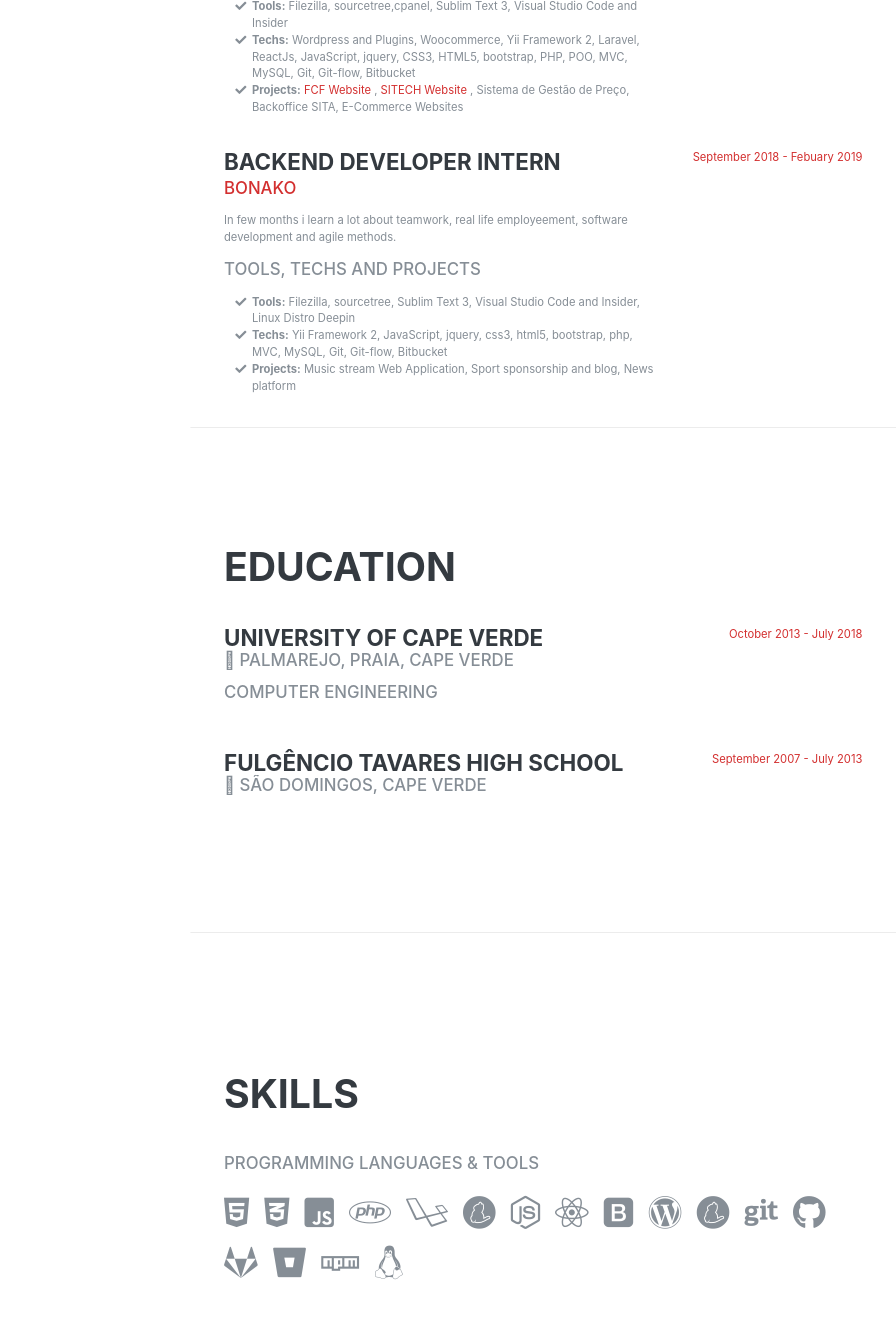
Repository: kcfurtado/kcfurtado.github.io
Page: index.html
An editor plug-in stored every save of this project. The page is shown before and after the next save, followed by the edit.
The browser window is 1280 px wide. The pictures show the part of the page from y = 1069 to 2989 px (the page is 3843 px tall), at 70% of full size.
Some web fonts or font styles are not loaded; a fallback is used.

Above is the page before, as saved 2020-05-04 10:40:30.

### index.html
<!DOCTYPE html>
<html lang="en">

<head>
  <!-- Global site tag (gtag.js) - Google Analytics -->
  <script async src="https://www.googletagmanager.com/gtag/js?id=UA-163968646-1"></script>
  <script>
    window.dataLayer = window.dataLayer || [];
    function gtag(){dataLayer.push(arguments);}
    gtag('js', new Date());

    gtag('config', 'UA-163968646-1');
  </script>


  <!-- tracking code -->
  <script>var clicky_site_ids = clicky_site_ids || []; clicky_site_ids.push(101248704);</script>
  <script async src="//static.getclicky.com/js"></script>

  <meta charset="utf-8">
  <meta name="viewport" content="width=device-width, initial-scale=1, shrink-to-fit=no">
  <meta name="description" content="">
  <meta name="author" content="">

  <title>Kelton Furtado - Portfolio</title>

  <!-- Bootstrap core CSS -->
  <link href="vendor/bootstrap/css/bootstrap.min.css" rel="stylesheet">

  <!-- Custom fonts for this template -->
  <link href="https://fonts.googleapis.com/css?family=Saira+Extra+Condensed:500,700" rel="stylesheet">
  <link href="https://fonts.googleapis.com/css?family=Muli:400,400i,800,800i" rel="stylesheet">
  <link href="vendor/fontawesome-free/css/all.min.css" rel="stylesheet">
  <link rel="icon" type="image/png" href="img/profile.png">

  <!-- Custom styles for this template -->
  <link href="css/resume.min.css" rel="stylesheet">



</head>

<body id="page-top">

  <nav class="navbar navbar-expand-lg navbar-dark bg-primary fixed-top" id="sideNav">
    <a class="navbar-brand js-scroll-trigger" href="#page-top">
      <span class="d-block d-lg-none">Kelton Furtado</span>
      <span class="d-none d-lg-block">
        <img class="img-fluid img-profile rounded-circle mx-auto mb-2" src="img/profile.png" alt="">
      </span>
    </a>
    <button class="navbar-toggler" type="button" data-toggle="collapse" data-target="#navbarSupportedContent" aria-controls="navbarSupportedContent" aria-expanded="false" aria-label="Toggle navigation">
      <span class="navbar-toggler-icon"></span>
    </button>
    <div class="collapse navbar-collapse" id="navbarSupportedContent">
      <ul class="navbar-nav">
        <li class="nav-item">
          <a class="nav-link js-scroll-trigger" href="#about">About</a>
        </li>
        <li class="nav-item">
          <a class="nav-link js-scroll-trigger" href="#experience">Experience</a>
        </li>
        <li class="nav-item">
          <a class="nav-link js-scroll-trigger" href="#education">Education</a>
        </li>
        <li class="nav-item">
          <a class="nav-link js-scroll-trigger" href="#skills">Skills</a>
        </li>
        <li class="nav-item">
          <a class="nav-link js-scroll-trigger" href="#interests">Interests</a>
        </li>
        <!-- <li class="nav-item">
          <a class="nav-link js-scroll-trigger" href="#awards">Awards</a>
        </li> -->
      </ul>
    </div>
  </nav>

  <div class="container-fluid p-0">

    <section class="resume-section p-3 p-lg-5 d-flex align-items-center" id="about">
      <div class="w-100">
        <h1 class="mb-0">Kelton
          <span class="text-primary">Furtado</span>
        </h1>
        <ul class="mt-5 mb-5 fa-ul">
          <li>
            <i class="fa-li fa fa-map-marker"></i> Praia · Santiago · Cape Verde
          </li>
          <li>
            <i class="fa-li fa fa-phone"></i> (+238) 599 52 45
          </li>
          <li>
            <i class="fa-li fa fa-envelope"></i>
            <a target="_blank" href="mailto:keltonfurtado95@gmail.com"> keltonfurtado95@gmail.com</a>
          </li>
        </ul>
        <p class="lead mb-5">Im a Cape Verdean programmer and computer , computer networks, computer security, linux and astronomy enthusiast. I am open to new experiences and challenges to improve as a professional and as a human being.</p>
        <div class="social-icons">
          <a target="_blank" href="https://linkedin.com/in/kelton-furtado">
            <i class="fab fa-linkedin-in"></i>
          </a>
          <a target="_blank" href="https://github.com/kcfurtado/">
            <i class="fab fa-github"></i>
          </a>
          <!--<a href="#">
            <i class="fab fa-twitter"></i>
          </a>-->
          <a target="_blank" href="https://www.facebook.com/kcafurtado">
            <i class="fab fa-facebook-f"></i>
          </a>
        </div>
      </div>
    </section>

    <hr class="m-0">

    <section class="resume-section p-3 p-lg-5 d-flex justify-content-center" id="experience">
      <div class="w-100">
        <h2 class="mb-5">Experience</h2>

        <div class="resume-item d-flex flex-column flex-md-row justify-content-between mb-5">
          <div class="resume-content">
            <h3 class="mb-0">Junior Fullstack Developer &amp; Analyst</h3>
            <div class="subheading mb-3"><a target="_blank" href="https://sitech.cv"> SITECH, S.A </a></div>
            <p></p>
            <div class="subheading mb-3">Tools, Techs and projects</div>
            <ul class="fa-ul mb-0">
              <li>
                <i class="fa-li fa fa-check"></i>
                <b>Tools:</b> Filezilla, sourcetree,cpanel, Sublim Text 3, Visual Studio Code and Insider
              </li>
              <li>
                <i class="fa-li fa fa-check"></i>
                <b>Techs:</b> Wordpress and Plugins, Woocommerce, Yii Framework 2, Laravel, ReactJs,  JavaScript, jquery, CSS3, HTML5, bootstrap, PHP, POO, MVC, MySQL, Git, Git-flow, Bitbucket
              </li>
              <li>
                <i class="fa-li fa fa-check"></i>
                <b>Projects:</b> <a target="_blank" href="https://fcf.cv">FCF Website</a> , <a target="_blank" href="https://sitech.cv">SITECH Website</a> , Sistema de Gestão de Preço, Backoffice SITA, E-Commerce Websites
              </li>
            </ul>
          </div>
          <div class="resume-date text-md-right">
            <span class="text-primary">Febuary 2019 - Present</span>
          </div>
        </div>

        <div class="resume-item d-flex flex-column flex-md-row justify-content-between">
          <div class="resume-content">
            <h3 class="mb-0">Backend Developer Intern</h3>
            <div class="subheading mb-3"><a target="_blank" href="https://bonako.com"> Bonako </a></div>
            <p> In few months i learn a lot about teamwork, real life employeement, software development and agile methods.</p>
            <div class="subheading mb-3">Tools, Techs and projects</div>
            <ul class="fa-ul mb-0">
              <li>
                <i class="fa-li fa fa-check"></i>
                <b>Tools:</b> Filezilla, sourcetree, Sublim Text 3, Visual Studio Code and Insider, Linux Distro Deepin
              </li>
              <li>
                <i class="fa-li fa fa-check"></i>
                <b>Techs:</b> Yii Framework 2, JavaScript, jquery, css3, html5, bootstrap, php, MVC, MySQL, Git, Git-flow, Bitbucket
              </li>
              <li>
                <i class="fa-li fa fa-check"></i>
                <b>Projects:</b> Music stream Web Application, Sport sponsorship and blog, News platform
              </li>
            </ul>
          </div>
          <div class="resume-date text-md-right">
            <span class="text-primary">September 2018 - Febuary 2019</span>
          </div>
        </div>

      </div>

    </section>

    <hr class="m-0">

    <section class="resume-section p-3 p-lg-5 d-flex align-items-center" id="education">
      <div class="w-100">
        <h2 class="mb-5">Education</h2>

        <div class="resume-item d-flex flex-column flex-md-row justify-content-between mb-5">
          <div class="resume-content">
            <h3 class="mb-0">University of Cape Verde</h3>
            <div class="subheading mb-3 fab fa-map-marker"> Palmarejo, Praia, Cape Verde</div>
            <div class="subheading mb-3">Computer Engineering</div>
            <div></div>
            <p></p>
          </div>
          <div class="resume-date text-md-right">
            <span class="text-primary">October 2013 - July 2018 </span>
          </div>
        </div>

        <div class="resume-item d-flex flex-column flex-md-row justify-content-between">
          <div class="resume-content">
            <h3 class="mb-0">Fulgêncio Tavares High School</h3>
            <div class="subheading mb-3 fab fa-map-marker"> São Domingos, Cape Verde</div>
            <p></p>
          </div>
          <div class="resume-date text-md-right">
            <span class="text-primary">September 2007 - July 2013</span>
          </div>
        </div>

      </div>
    </section>

    <hr class="m-0">

    <section class="resume-section p-3 p-lg-5 d-flex align-items-center" id="skills">
      <div class="w-100">
        <h2 class="mb-5">Skills</h2>

        <div class="subheading mb-3">Programming Languages &amp; Tools</div>
        <ul class="list-inline dev-icons">
          <li class="list-inline-item">
            <i class="fab fa-html5"></i>
          </li>
          <li class="list-inline-item">
            <i class="fab fa-css3-alt"></i>
          </li>
          <li class="list-inline-item">
            <i class="fab fa-js-square"></i>
          </li>
          <li class="list-inline-item">
            <i class="fab fa-php"></i>
          </li>
          <li class="list-inline-item">
            <i class="fab fa-laravel"></i>
          </li>
          <li class="list-inline-item">
            <i class="fab fa-yarn"></i>
          </li>
          <li class="list-inline-item">
            <i class="fab fa-node-js"></i>
          </li>
          <li class="list-inline-item">
            <i class="fab fa-react"></i>
          </li>
          <li class="list-inline-item">
            <i class="fab fa-bootstrap"></i>
          </li>
          <li class="list-inline-item">
            <i class="fab fa-wordpress"></i>
          </li>
          <li class="list-inline-item">
            <i class="fab fa-yarn"></i>
          </li>
          <li class="list-inline-item">
            <i class="fab fa-git"></i>
          </li>
          <li class="list-inline-item">
            <i class="fab fa-github"></i>
          </li>
          <li class="list-inline-item">
            <i class="fab fa-gitlab"></i>
          </li>
          <li class="list-inline-item">
            <i class="fab fa-bitbucket"></i>
          </li>
          <li class="list-inline-item">
            <i class="fab fa-npm"></i>
          </li>
          <li class="list-inline-item">
            <i class="fab fa-linux"></i>
          </li>
        </ul>

        <!--<div class="subheading mb-3">Workflow</div>
        <ul class="fa-ul mb-0">
          <li>
            <i class="fa-li fa fa-check"></i>
            Web-First, Responsive Design</li>
          <li>
            <i class="fa-li fa fa-check"></i>
            Cross Browser Testing &amp; Debugging</li>
          <li>
            <i class="fa-li fa fa-check"></i>
            Cross Functional Teams</li>
          <!--<li>
            <i class="fa-li fa fa-check"></i>
            Agile Development &amp; Scrum</li>-->
        </ul>
      </div>
    </section>

    <hr class="m-0">

    <section class="resume-section p-3 p-lg-5 d-flex align-items-center" id="interests">
      <div class="w-100">
        <div class="subheading mb-3">Interests</div>
        <ul class="fa-ul mb-0">
          <li>
            <i class="fa-li fa fa-check"></i> Computer network
          </li>
          <li>
            <i class="fa-li fa fa-check"></i> Computer security
          </li>
          <li>
            <i class="fa-li fa fa-check"></i> Linux distros ( Ubuntu, Fedora, Elementary, Deepin, Kali )
          </li>
          <li>
            <i class="fa-li fa fa-check"></i> JavaScript ( ES5, ES6, ES7 )
          </li>
          <li>
            <i class="fa-li fa fa-check"></i> NodeJS
          </li>
          <li>
            <i class="fa-li fa fa-check"></i> Web Services (API REST and RESTFull)
          </li>
          <li>
            <i class="fa-li fa fa-check"></i> ReactJS and React Native
          </li>
          <li>
            <i class="fa-li fa fa-check"></i> PHP
          </li>
          <li>
            <i class="fa-li fa fa-check"></i> PHP Frameworks ( Yii2, Laravel)
          </li>
          <li>
            <i class="fa-li fa fa-check"></i> Open Source Softwares
          </li>
          <li>
            <i class="fa-li fa fa-check"></i> Git, Git-flow, Github, Gitlab, Bitbucket
          </li>
          <li>
            <i class="fa-li fa fa-check"></i> Astronomy (Planets, Stars, Black hole, dark matters )
          </li>
          <li>
            <i class="fa-li fa fa-check"></i> Sports (Football, Handball, Basketball)
          </li>
        </ul>

      </div>
    </section>

    <hr class="m-0">

    <!--<section class="resume-section p-3 p-lg-5 d-flex align-items-center" id="awards">
      <div class="w-100">
        <h2 class="mb-5">Awards &amp; Certifications</h2>
        <ul class="fa-ul mb-0">
          <li>
            <i class="fa-li fa fa-trophy text-warning"></i>
            Google Analytics Certified Developer</li>
          <li>
            <i class="fa-li fa fa-trophy text-warning"></i>
            Mobile Web Specialist - Google Certification</li>
          <li>
            <i class="fa-li fa fa-trophy text-warning"></i>
            1<sup>st</sup>
            Place - University of Colorado Boulder - Emerging Tech Competition 2009</li>
          <li>
            <i class="fa-li fa fa-trophy text-warning"></i>
            1<sup>st</sup>
            Place - University of Colorado Boulder - Adobe Creative Jam 2008 (UI Design Category)</li>
          <li>
            <i class="fa-li fa fa-trophy text-warning"></i>
            2<sup>nd</sup>
            Place - University of Colorado Boulder - Emerging Tech Competition 2008</li>
          <li>
            <i class="fa-li fa fa-trophy text-warning"></i>
            1<sup>st</sup>
            Place - James Buchanan High School - Hackathon 2006</li>
          <li>
            <i class="fa-li fa fa-trophy text-warning"></i>
            3<sup>rd</sup>
            Place - James Buchanan High School - Hackathon 2005</li>
        </ul>
      </div>
    </section>
  -->

  </div>

  <!-- Bootstrap core JavaScript -->
  <script src="vendor/jquery/jquery.min.js"></script>
  <script src="vendor/bootstrap/js/bootstrap.bundle.min.js"></script>

  <!-- Plugin JavaScript -->
  <script src="vendor/jquery-easing/jquery.easing.min.js"></script>

  <!-- Custom scripts for this template -->
  <script src="js/resume.min.js"></script>

</body>

</html>

### css/resume.min.css
/*!
 * Start Bootstrap - Resume v5.0.8 (https://startbootstrap.com/template-overviews/resume)
 * Copyright 2013-2019 Start Bootstrap
 * Licensed under MIT (https://github.com/BlackrockDigital/startbootstrap-resume/blob/master/LICENSE)
 */body{font-family:Muli,-apple-system,BlinkMacSystemFont,'Segoe UI',Roboto,'Helvetica Neue',Arial,sans-serif,'Apple Color Emoji','Segoe UI Emoji','Segoe UI Symbol','Noto Color Emoji';padding-top:54px;color:#868e96}@media (min-width:992px){body{padding-top:0;padding-left:17rem}}h1,h2,h3,h4,h5,h6{font-family:'Saira Extra Condensed',-apple-system,BlinkMacSystemFont,'Segoe UI',Roboto,'Helvetica Neue',Arial,sans-serif,'Apple Color Emoji','Segoe UI Emoji','Segoe UI Symbol','Noto Color Emoji';font-weight:700;text-transform:uppercase;color:#343a40}h1{font-size:6rem;line-height:5.5rem}h2{font-size:3.5rem}h3{font-size:2rem}p.lead{font-size:1.15rem;font-weight:400}.subheading{text-transform:uppercase;font-weight:500;font-family:'Saira Extra Condensed',-apple-system,BlinkMacSystemFont,'Segoe UI',Roboto,'Helvetica Neue',Arial,sans-serif,'Apple Color Emoji','Segoe UI Emoji','Segoe UI Symbol','Noto Color Emoji';font-size:1.5rem}.social-icons a{display:inline-block;height:3.5rem;width:3.5rem;background-color:#495057;color:#fff!important;border-radius:100%;text-align:center;font-size:1.5rem;line-height:3.5rem;margin-right:1rem}.social-icons a:last-child{margin-right:0}.social-icons a:hover{background-color:#d32f2f}.dev-icons{font-size:3rem}.dev-icons .list-inline-item i:hover{color:#d32f2f}#sideNav .navbar-nav .nav-item .nav-link{font-weight:800;letter-spacing:.05rem;text-transform:uppercase}#sideNav .navbar-toggler:focus{outline-color:#9a0007}@media (min-width:992px){#sideNav{text-align:center;position:fixed;top:0;left:0;display:flex;flex-direction:column;width:17rem;height:100vh}#sideNav .navbar-brand{display:flex;margin:auto auto 0;padding:.5rem}#sideNav .navbar-brand .img-profile{max-width:10rem;max-height:10rem;border:.5rem solid rgba(255,255,255,.2)}#sideNav .navbar-collapse{display:flex;align-items:flex-start;flex-grow:0;width:100%;margin-bottom:auto}#sideNav .navbar-collapse .navbar-nav{flex-direction:column;width:100%}#sideNav .navbar-collapse .navbar-nav .nav-item{display:block}#sideNav .navbar-collapse .navbar-nav .nav-item .nav-link{display:block}}section.resume-section{padding-top:5rem!important;padding-bottom:5rem!important;max-width:75rem}section.resume-section .resume-item .resume-date{min-width:none}@media (min-width:768px){section.resume-section{min-height:100vh}section.resume-section .resume-item .resume-date{min-width:18rem}}@media (min-width:992px){section.resume-section{padding-top:3rem!important;padding-bottom:3rem!important}}.bg-primary{background-color:#d32f2f!important}.text-primary{color:#d32f2f!important}a{color:#d32f2f}a:active,a:focus,a:hover{color:#9a0007}

Loaded but not shown: vendor/bootstrap/css/bootstrap.min.css (library); vendor/fontawesome-free/css/all.min.css (library); vendor/jquery/jquery.min.js (library); vendor/bootstrap/js/bootstrap.bundle.min.js (library); vendor/jquery-easing/jquery.easing.min.js (common file); js/resume.min.js (common file)

After the next save:
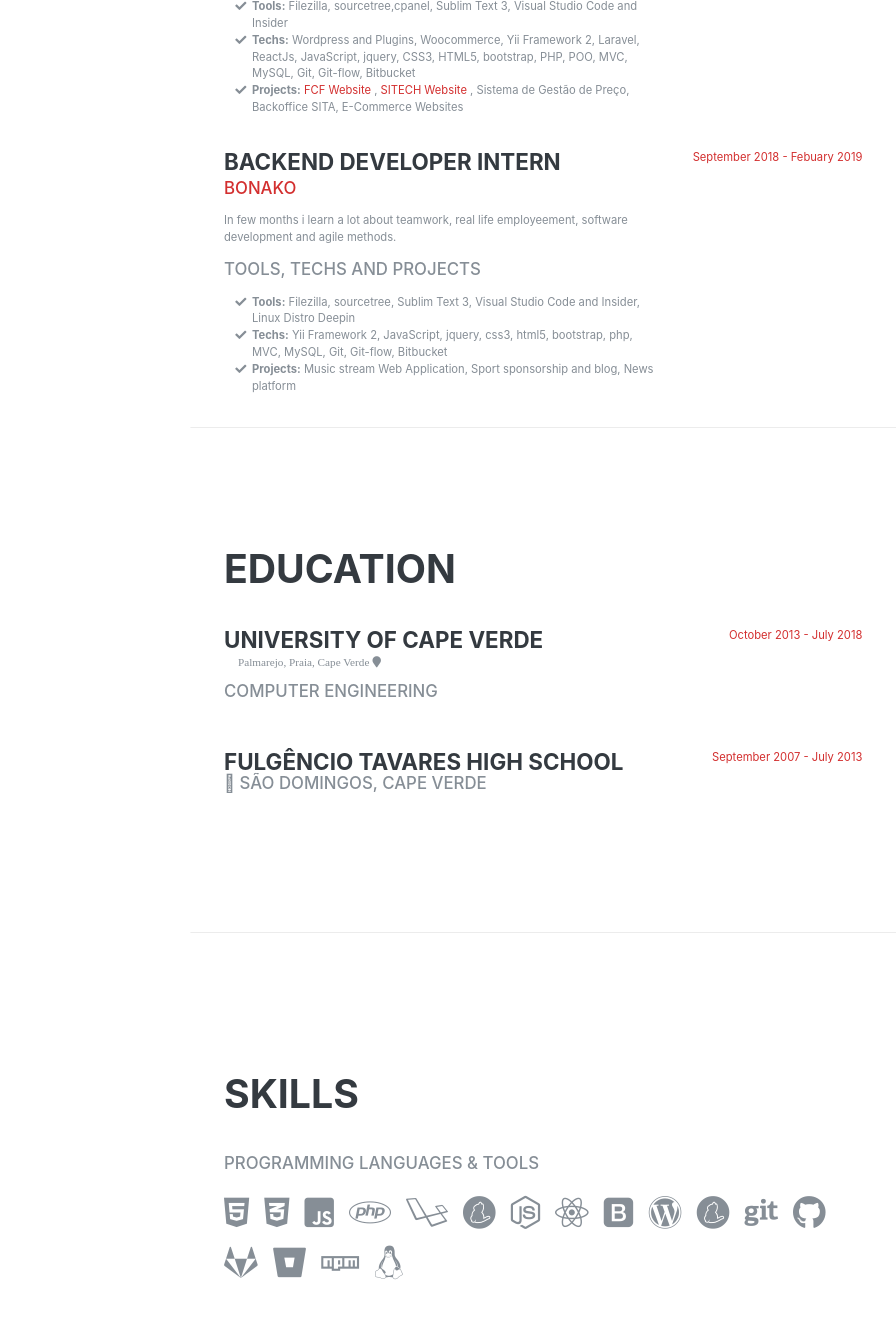
Saved 96 s later.
--- a/index.html
+++ b/index.html
@@ -184,7 +184,8 @@
         <div class="resume-item d-flex flex-column flex-md-row justify-content-between mb-5">
           <div class="resume-content">
             <h3 class="mb-0">University of Cape Verde</h3>
-            <div class="subheading mb-3 fab fa-map-marker"> Palmarejo, Praia, Cape Verde</div>
+            <p class="fab fa-map-marker"> Palmarejo, Praia, Cape Verde</p>
+            <i class="fa fa-map-marker" aria-hidden="true"></i>
             <div class="subheading mb-3">Computer Engineering</div>
             <div></div>
             <p></p>
